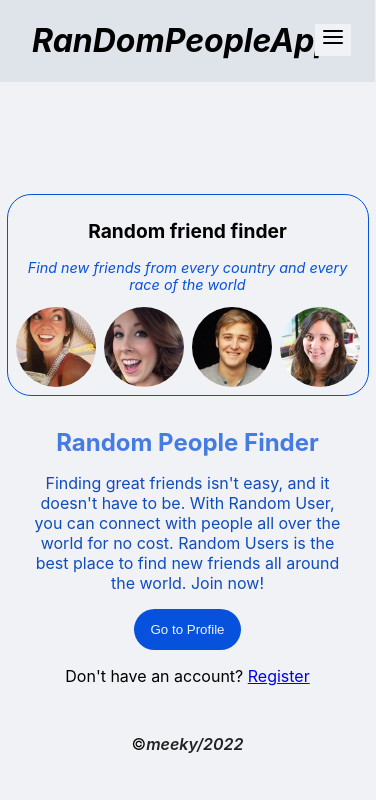
Repository: MikkyPrestige/RandomProfiles
Page: /
An editor plug-in stored every save of this project. The page is shown before and after the next save, followed by the edit.
The browser window is 375 px wide. The page is 375 px wide, then 376 px, so the pictures cover 376 px, including what lies to the right of the window. The pictures show the whole page.
The project was rebuilt for these pictures with package versions that can differ from the ones it lists, and the page was loaded fresh each time. Also part of the build but not shown: src/components/users.jsx, src/assets/styles/search.css, src/components/search.jsx, src/assets/styles/help.css, src/components/help.jsx, src/assets/styles/about.css, src/components/about.jsx, src/assets/styles/error.css and 9 more.

Above is the page before, as saved 2022-12-06 23:02:24.

### public/index.html
<!DOCTYPE html>
<html lang="en">

<head>
  <meta charset="utf-8" />
  <link rel="icon" href="%PUBLIC_URL%/favicon.ico" />
  <meta name="viewport" content="width=device-width, initial-scale=1" />
  <meta name="theme-color" content="#000000" />
  <meta name="description" content="Web site created using create-react-app" />
  <link rel="apple-touch-icon" href="%PUBLIC_URL%/logo192.png" />
  <!--
      manifest.json provides metadata used when your web app is installed on a
      user's mobile device or desktop. See https://developers.google.com/web/fundamentals/web-app-manifest/
    -->
  <link rel="manifest" href="%PUBLIC_URL%/manifest.json" />
  <!--
      Notice the use of %PUBLIC_URL% in the tags above.
      It will be replaced with the URL of the `public` folder during the build.
      Only files inside the `public` folder can be referenced from the HTML.

      Unlike "/favicon.ico" or "favicon.ico", "%PUBLIC_URL%/favicon.ico" will
      work correctly both with client-side routing and a non-root public URL.
      Learn how to configure a non-root public URL by running `npm run build`.
    -->
  <title>AltSchool Assignment 2</title>
</head>

<body>
  <noscript>You need to enable JavaScript to run this app.</noscript>
  <div id="root"></div>
  <!--
      This HTML file is a template.
      If you open it directly in the browser, you will see an empty page.

      You can add webfonts, meta tags, or analytics to this file.
      The build step will place the bundled scripts into the <body> tag.

      To begin the development, run `npm start` or `yarn start`.
      To create a production bundle, use `npm run build` or `yarn build`.
    -->
</body>

</html>

### src/index.css
body {
  margin: 0;
  font-family: -apple-system, BlinkMacSystemFont, 'Segoe UI', 'Roboto', 'Oxygen',
    'Ubuntu', 'Cantarell', 'Fira Sans', 'Droid Sans', 'Helvetica Neue',
    sans-serif;
  -webkit-font-smoothing: antialiased;
  -moz-osx-font-smoothing: grayscale;
  background-color: #f1f2f6;
}

code {
  font-family: source-code-pro, Menlo, Monaco, Consolas, 'Courier New',
    monospace;
}

### src/App.jsx
import * as React from "react";
import { ErrorBoundary } from "react-error-boundary";
import { Route, Routes } from "react-router-dom";
import {
  Layout,
  Home,
  Users,
  Search,
  Help,
  About,
  Error,
  ErrorFallBack,
  Profile,
  ProfileDisplay,
  Register,
  UpdatePassword,
  Footer,
} from "./components";

const App = () => {
  return (
    <div className="App">
      <main>
        <ErrorBoundary FallbackComponent={ErrorFallBack}>
          <Layout />
          <Routes>
            <Route path="/" element={<Home />} />
            <Route path="users">
              <Route index element={<Users />} />
              <Route path=":id" element={<Search />} />
            </Route>
            <Route path="profile" element={<Profile />} />
            <Route path="profileDisplay" element={<ProfileDisplay />} />
            <Route path="register" element={<Register />} />
            <Route path="update" element={<UpdatePassword />} />
            <Route path="help" element={<Help />} />
            <Route path="about" element={<About />} />
            <Route path="*" element={<Error />} />
          </Routes>
        </ErrorBoundary>
        <Footer />
      </main>
    </div>
  );
};

export default App;

### src/components/index.js
export {  Layout, Back } from "./layout";
export { default as Home } from "./home";
export { default as Users } from "./users";
export { default as Search } from "./search";
export { default as Help } from "./help";
export { default as About } from "./about";
export { default as Error } from "./error";
export { default as ErrorFallBack } from "./errorFallback";
export { default as Profile } from "./profile";
export { default as ProfileDisplay } from "./profileDisplay";
export { default as Register } from "./register";
export { default as UpdatePassword } from "./update";
export { Footer } from "./avatar";

### src/components/layout.jsx
// LAYOUT COMPONENT - This component is for the App Layout that displays the Navigation bar in the app UI to the user when app is open

import { useState } from "react";
import { NavLink } from "react-router-dom";
import "../assets/styles/layout.css";
import { MdClose } from "react-icons/md";
import { FiMenu } from "react-icons/fi";

const CustomNavLink = ({ to, ...props }) => {
  let activeStyle = {
    textDecoration: "underline",
    color: "red",
  };

  return (
    <NavLink
      style={({ isActive }) =>
        isActive ? activeStyle : { textDecoration: "none" }
      }
      to={to}
      end
      {...props}
    />
  );
};

const LayoutSmall = () => {
  const [nav, setNav] = useState(false);

  const toggleNav = () => {
    setNav(!nav);
  };

  const closeNav = () => {
    setNav(false);
  };

  return (
    <div className="layout small">
      <header className="layout__header">
        <div className="layout__header--text">
          <h1 className="layout__header--title">RanDomPeopleApp</h1>
        </div>
        <nav className="layout__nav">
          <button onClick={toggleNav} className="layout--btn">
            {nav ? (
              <MdClose className="layout__btn--icon" />
            ) : (
              <FiMenu className="layout__btn--icon" />
            )}
          </button>
          <div className={`menuNav ${nav ? " showMenu" : ""}`}>
            <CustomNavLink
              to="/"
              end
              className="nav__item"
              onClick={() => closeNav()}
            >
              Home
            </CustomNavLink>
            <CustomNavLink
              to="profile"
              className="nav__item"
              onClick={() => closeNav()}
            >
              Users
            </CustomNavLink>
            <CustomNavLink
              to="about"
              className="nav__item"
              onClick={() => closeNav()}
            >
              About
            </CustomNavLink>
            <CustomNavLink
              to="help"
              className="nav__item"
              onClick={() => closeNav()}
            >
              Features
            </CustomNavLink>
          </div>
        </nav>
      </header>
    </div>
  );
};

const LayoutLarge = () => {
  return (
    <div className="layout large">
      <header className="layout__header">
        <div className="layout__header--text">
          <h1 className="layout__header--title">RanDomPeopleApp</h1>
        </div>
        <nav className="layout__nav">
          <div className="nav__items--large">
            <CustomNavLink to="/" className="nav__item--large">
              Home
            </CustomNavLink>
            <CustomNavLink to="profile" className="nav__item--large">
              Users
            </CustomNavLink>
            <CustomNavLink to="about" className="nav__item--large">
              About
            </CustomNavLink>
            <CustomNavLink to="help" className="nav__item--large">
              Features
            </CustomNavLink>
          </div>
        </nav>
      </header>
    </div>
  );
};

const Layout = () => {
  return (
    <div>
      <LayoutSmall />
      <LayoutLarge />
    </div>
  );
};

//  Navigate back home button
const Back = () => {
  const [isHover, setIsHover] = useState(false);

  const handleMouseEnter = () => {
    setIsHover(true);
  };

  const handleMouseLeave = () => {
    setIsHover(false);
  };

  const style = {
    border: "none",
    borderRadius: ".5rem",
    padding: " .5rem",
    fontSize: "1rem",
    fontWeight: "600",
    cursor: "pointer",
    backgroundColor: isHover ? "lightblue" : "rgb(0, 191, 255)",
    color: isHover ? "#f00" : "green",
  };

  return (
    <NavLink to="/" className="back__button">
      <button
        style={style}
        onMouseEnter={handleMouseEnter}
        onMouseLeave={handleMouseLeave}
      >
        Back ←{" "}
      </button>
    </NavLink>
  );
};

export { Layout, Back };

### src/components/home.jsx
// HOME COMPONENT - This component is the Home section of the app that displays app Home page on load and when the 'HOME' button in the header is clicked

import { Link, useNavigate } from "react-router-dom";
import "../assets/styles/home.css";
import { Avatar } from "./avatar";
import FirstFemale from "../assets/img/female-1.jpg";
import SecondFemale from "../assets/img/female-2.jpg";
import ThirdFemale from "../assets/img/female-3.jpg";
import FirstMale from "../assets/img/male-1.jpg";
import SecondMale from "../assets/img/male-2.jpg";

const Home = () => {
  const navigate = useNavigate();
  const getStarted = () => {
    navigate("/profileDisplay"); // Redirect the user to the users component when the get started button is clicked
  };

  return (
    <div className="home">
      <div className="home__container">
        <div className="desc">
          <h1 className="desc__heading">Random people finder</h1>
          <p className="desc__paragraph">
            Finding great friends isn't easy, and it doesn't have to be. With
            Random User, you can connect with people all over the world for no
            cost. Random Users is the best place to find new friends all around
            the world. Join now!
          </p>
          <button onClick={getStarted} className="desc__cta">
            Go to Profile
          </button>
          <p className="register__text">
            Don't have an account?{" "}
            <Link to="/register" className="register__link">
              Register
            </Link>
          </p>
        </div>
        <div className="home__wrapper">
          <h2 className="home__heading">Random friend finder</h2>
          <p className="home__text">
            Find new friends from every country and every race of the world
          </p>
          <div className="home__img">
            <Avatar
              image={FirstFemale}
              alt="Female One"
              style={{ width: "5rem", height: "5rem", borderRadius: "50%" }}
            />
            <Avatar
              image={SecondFemale}
              alt="Female Two"
              style={{ width: "5rem", height: "5rem", borderRadius: "50%" }}
            />
            <Avatar
              image={FirstMale}
              alt="Male One"
              style={{ width: "5rem", height: "5rem", borderRadius: "50%" }}
            />
            <Avatar
              image={ThirdFemale}
              alt="Female Three"
              style={{ width: "5rem", height: "5rem", borderRadius: "50%" }}
            />
            <div className="hidden">
            <Avatar
              image={SecondMale}
              alt="Male Two"
              style={{ width: "5rem", height: "5rem", borderRadius: "50%" }}
            />
            </div>
          </div>
        </div>
      </div>
    </div>
  );
};

export default Home;

### src/components/avatar.jsx
// AVATAR COMPONENT - This component is for the Images used in the app.

import "../assets/styles/layout.css";

export const Avatar = ({ image = "", alt = "", style = {} }) => {
  return (
    <div className="avatar">
      <img src={image} alt={alt} style={style} />
    </div>
  );
};

// FOOTER COMPONENT - for the attribution

export const Footer = () => {
  return (
    <div className="attribution">
      <footer>
        &copy;
        <a
          href="https://github.com/MeekyBerry"
          target="_blank"
          rel="noreferrer"
          className="footer"
        >
          meeky/2022
        </a>
      </footer>
    </div>
  );
};

### src/assets/styles/layout.css
.layout {
  background-color: #dfe4ea;
  width: 100%;
}

.layout__nav {
  display: flex;
  align-items: center;
  justify-content: space-between;
  position: relative;
  padding-right: 2rem;
}

.layout__header {
  display: flex;
  justify-content: space-between;
  align-items: center;
}

.layout__header--title {
  font-style: oblique;
  padding-left: 2rem;
}

.layout--btn {
  position: fixed;
  top: 1.5rem;
  right: 1.5rem;
  z-index: 10;
  background-color: #f1f2f5;
  border: none;
  font-size: 1.5rem;
  cursor: pointer;
}

.menuNav {
  position: fixed;
  top: 6rem;
  right: 0;
  width: 0;
  max-width: 10rem;
  height: 100%;
  background-color: #f1f2f5;
  z-index: 5;
  overflow: hidden;
}

.menuNav.showMenu {
  width: 100%;
  transition: all 2s ease-in;
  -webkit-transition: all 2s ease-in;
  -moz-transition: all 2s ease-in;
  -ms-transition: all 2s ease-in;
  -o-transition: all 2s ease-in;
}

.nav__items {
  display: flex;
  align-items: center;
  list-style: none;
  /* flex-wrap: wrap; */
}

.nav__item {
  font-size: 1.2rem;
  padding: 1rem;
  text-transform: uppercase;
  display: block;
  text-align: center;
  text-transform: uppercase;
  color: #0046dc;
}

.nav__item:hover {
  color: #7dd5c6;
}

.nav__items--large {
  display: flex;
  gap: 2rem;
}

.nav__item--large {
  text-transform: uppercase;
  font-size: 1.1rem;
  font-weight: 700;
  letter-spacing: .2rem;
  color: #0046dc;
}

.attribution {
  text-align: center;
}

.footer {
  color: #222;
  text-decoration: none;
  cursor: pointer;
  font-style: italic;
  font-weight: 600;
}

/* MEDIA QUERY TO HIDE THE NAVIGATION BAR HAMBURGER ON LARGE SCREENS */

@media screen and (min-width: 768px) {
  .small {
    display: none;
  }

  .large {
    display: block;
  }
}

@media screen and (max-width: 768px) {
  .small {
    display: block;
  }

  .large {
    display: none;
  }
}

@media screen and (max-width: 900px) {
  .nav__item--large {
    font-size: 1rem;
    margin-right: -.5rem;
  }

}

### src/assets/styles/home.css
.home {
  margin-top: 5rem;
  text-align: center;
  padding: 2rem;
}

.home__container {
  display: flex;
  justify-content: space-around;
  align-items: center;
  gap: 1rem;
}

.desc {
  width: 40%;
}

.desc__heading {
  font-size: 2rem;
  color: #0651ddbb;
  text-transform: capitalize;
}

.desc__paragraph {
  font-size: 1rem;
  color: #0f4cbe;
}

.desc__cta {
  background-color: #0652dd;
  color: #f1f2f6;
  padding: 0.8rem 1rem;
  border: none;
  border-radius: 1.5rem;
}

.desc__cta:hover {
  background-color: #0f4cbe;
}

.home__wrapper {
  border: 1px solid #0652dd;
  border-radius: 1.5rem;
  padding: 1rem;
  height: min-content;
}

.home__text {
  font-style: italic;
  color: #0652dd;
}

.home__img {
  display: flex;
  align-items: center;
  gap: 1rem;
}

.avatar {
  width: 5rem;
  height: 5rem;
  border-radius: 50%;
  -webkit-border-radius: 50%;
  -moz-border-radius: 50%;
  -ms-border-radius: 50%;
  -o-border-radius: 50%;
}

@media screen and (max-width: 900px) {
  .home__container {
    flex-direction: column-reverse;
  }

  .desc {
    width: 60%;
  }

  .desc__heading {
    font-size: 1.5rem;
  }
}

@media screen and (max-width: 600px) {
  .desc {
    width: 80%;
  }

  .home__img {
    gap: .5rem;
  }

  .hidden {
    display: none;
  }


  .home__text {
    font-size: .9rem;
  }

  .home__heading {
    font-size: 1.2rem;
  }

  .home__wrapper {
    padding: .5rem;
  }
}

@media screen and (max-width: 500px) {
  .desc {
    width: 100%;
  }
}

### src/assets/styles/users.css
.users {
  background-color: #fff;
  border: 1px solid #ccc;
  border-radius: 0.5rem;
  padding: 1rem;
  margin: 1rem;
}

.users__container {
  display: flex;
  flex-direction: column;
  justify-content: center;
  align-items: center;
}

.users__heading {
  text-align: center;
  text-transform: uppercase;
  font-size: 1.5rem;
  font-weight: bold;
  margin-bottom: 1rem;
}

.users__list {
  list-style: none;
  padding: 2rem;
  margin: 1rem auto;
  width: 85%;
  display: grid;
  grid-template-columns: repeat(3, minmax(200px, 1fr));
  grid-gap: 3rem;
}

.user__items {
  border-bottom: 1px solid #ccc;
}

.user__item {
  background-color: #fff;
  border: 1px solid #ccc;
  border-radius: 0.5rem;
  padding: 1rem;
}

.user__img {
  width: 80%;
  border-radius: 10%;
  margin-left: 1rem;
}

/* BUTTON BELOW */
.btn__container {
  display: flex;
  justify-content: center;
  align-items: center;
}

.active:hover {
  background-color: #ced6e0;
  color: #1e90ff;
}

.active:active {
  background-color: #70a1ff;
  color: #ced6e0;
}

.btn__array {
  padding: 0.5rem;
  margin: 0.5rem;
  font-size: 1rem;
  border-radius: 0.5rem;
  border: none;
  cursor: pointer;
}

.search__box {
  display: flex;
  justify-content: center;
  align-items: center;
}

.search__link {
  background-color: #fff;
  border: 1px solid #ccc;
  color: #1e90ff;
  border-radius: 1rem;
  width: 18rem;
  padding: 0.5rem;
  margin: 1rem;
  font-size: 1rem;
  font-weight: bold;
  cursor: pointer;
  text-align: center;
  text-decoration: none;
  animation: search 1s ease-in-out infinite;
}

.search__link:hover {
  background-color: #1e90ff;
  color: #fff;
  animation: none;
}

.search__link:active {
  background-color: #70a1ff;
  color: #fff;
  animation: none;
}

@keyframes search {
  0% {
    transform: scale(1);
  }

  50% {
    transform: scale(1.2);
  }

  100% {
    transform: scale(1);
  }
}

Loaded but not shown: src/index.js (common file)

After the next save:
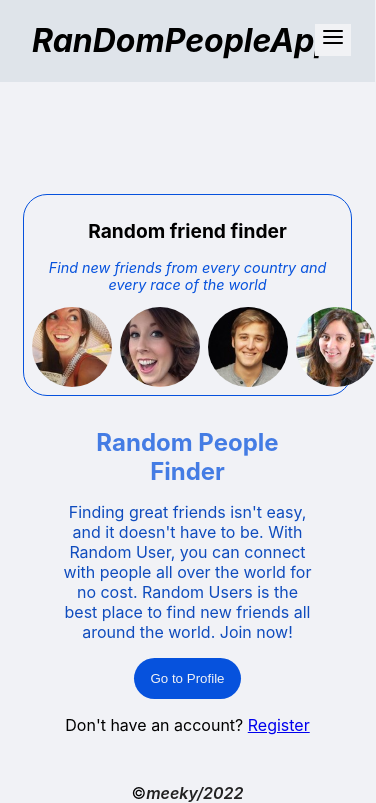
Saved 4 min 58 s later.
--- a/src/assets/styles/home.css
+++ b/src/assets/styles/home.css
@@ -108,7 +108,7 @@
 }
 
 @media screen and (max-width: 500px) {
-  .desc {
+  .home__wrapper {
     width: 100%;
   }
 }
